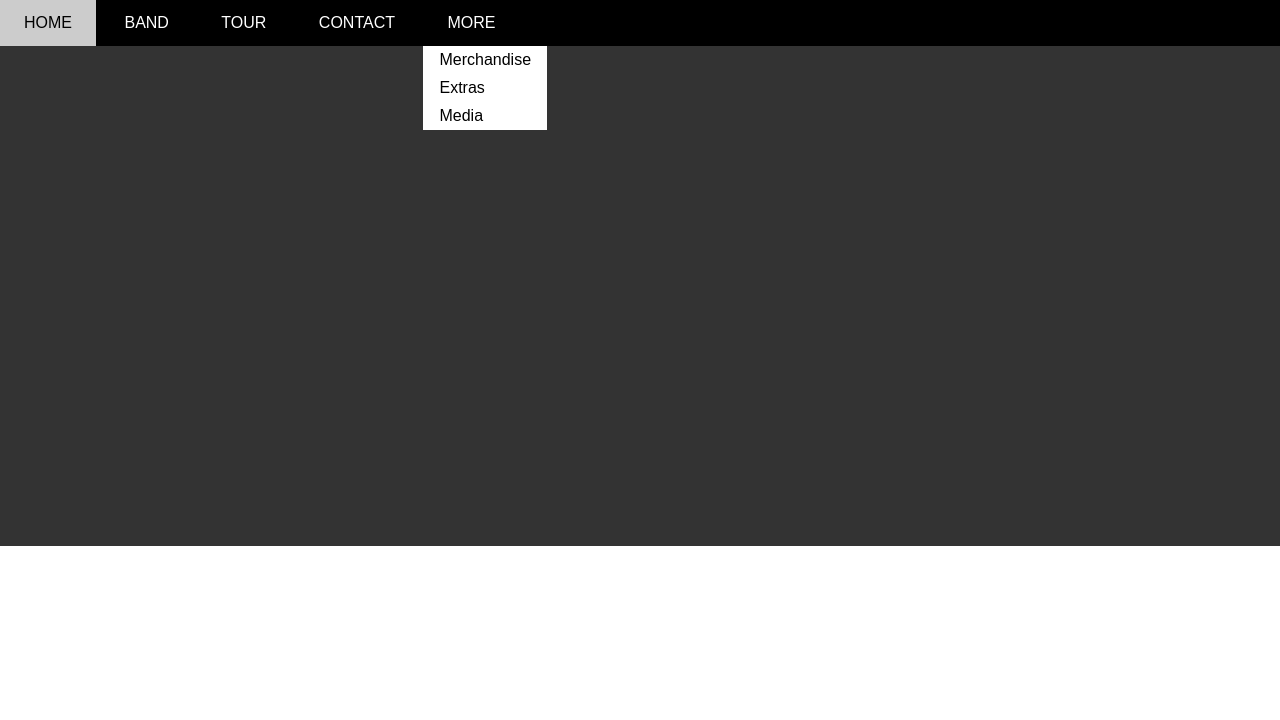
Repository: minhnguyennn/w3_band_music
Page: index.html
An editor plug-in stored every save of this project. The page is shown before and after the next save, followed by the edit.
The browser window is 1280 px wide. The pictures show the whole page.

Above is the page before, as saved 2023-02-17 18:17:23.

After the next save:
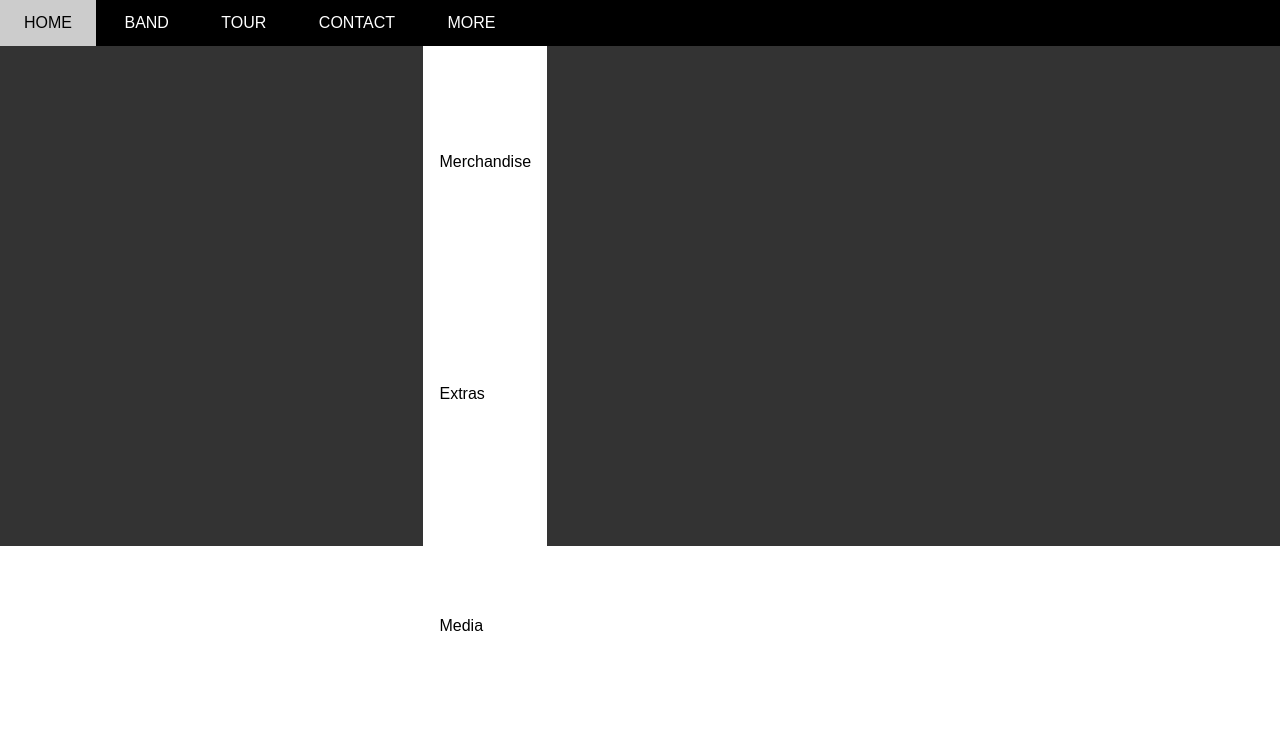
Saved 9 s later.
--- a/assets/css/style.css
+++ b/assets/css/style.css
@@ -56,7 +56,7 @@
 #nav .subnav a {
    color: #000;
    padding: 0 16px;
-   line-height: 28px;
+   line-height: 232px;
 }
 
 #nav .subnav li:hover {
